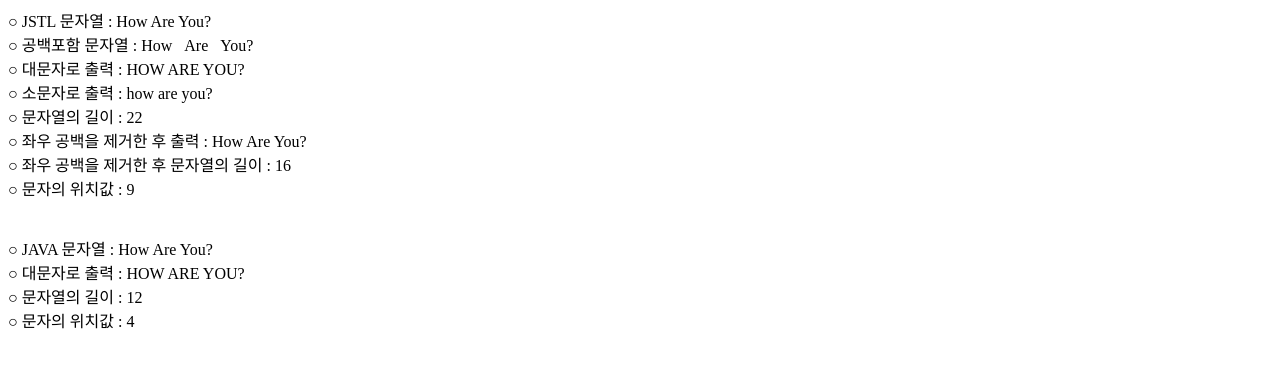
Repository: youngmoon525/Jsp_Servlet
Page: http://localhost/03.JSP/jsp40.jsp
The author's editor kept a copy of each file at every save. The page is drawn from the files as they stood at one save, then again after the next save.
The browser window is 1280 px wide. The pictures show the whole page.
The page is served by Tomcat 9.

Above is the page before, as saved 2021-09-10 01:08:54.

After the next save:
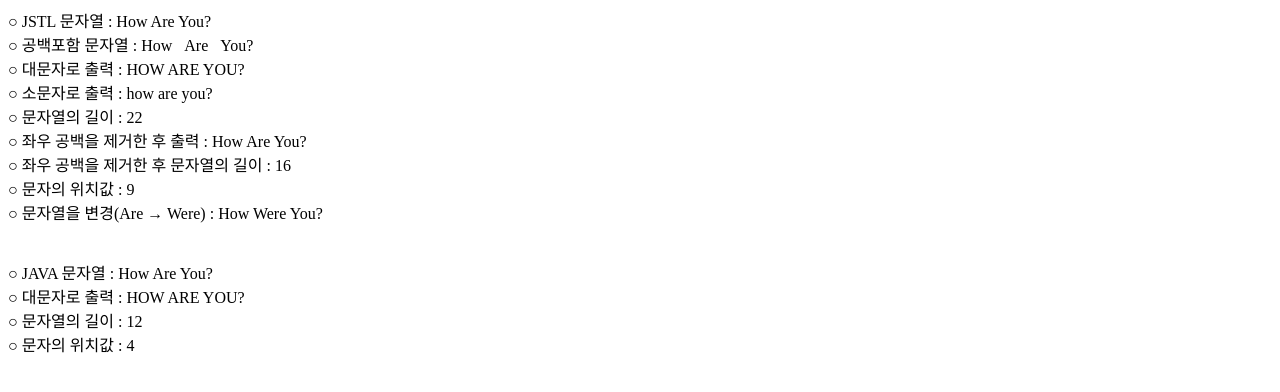
Saved 107 s later.
--- a/workspace/03.JSP/WebContent/jsp40.jsp
+++ b/workspace/03.JSP/WebContent/jsp40.jsp
@@ -17,7 +17,7 @@
 ○ 좌우 공백을 제거한 후 출력 : ${fn:trim(str) }<br/>
 ○ 좌우 공백을 제거한 후 문자열의 길이 : ${fn:length(fn:trim(str)) }<br/>
 ○ 문자의 위치값 : ${fn:indexOf(str, "A") }<br/>
-
+○ 문자열을 변경(Are → Were) : ${fn:replace(str, "Are", "Were") }<br/>
 
 <br/><br/>
 <%
